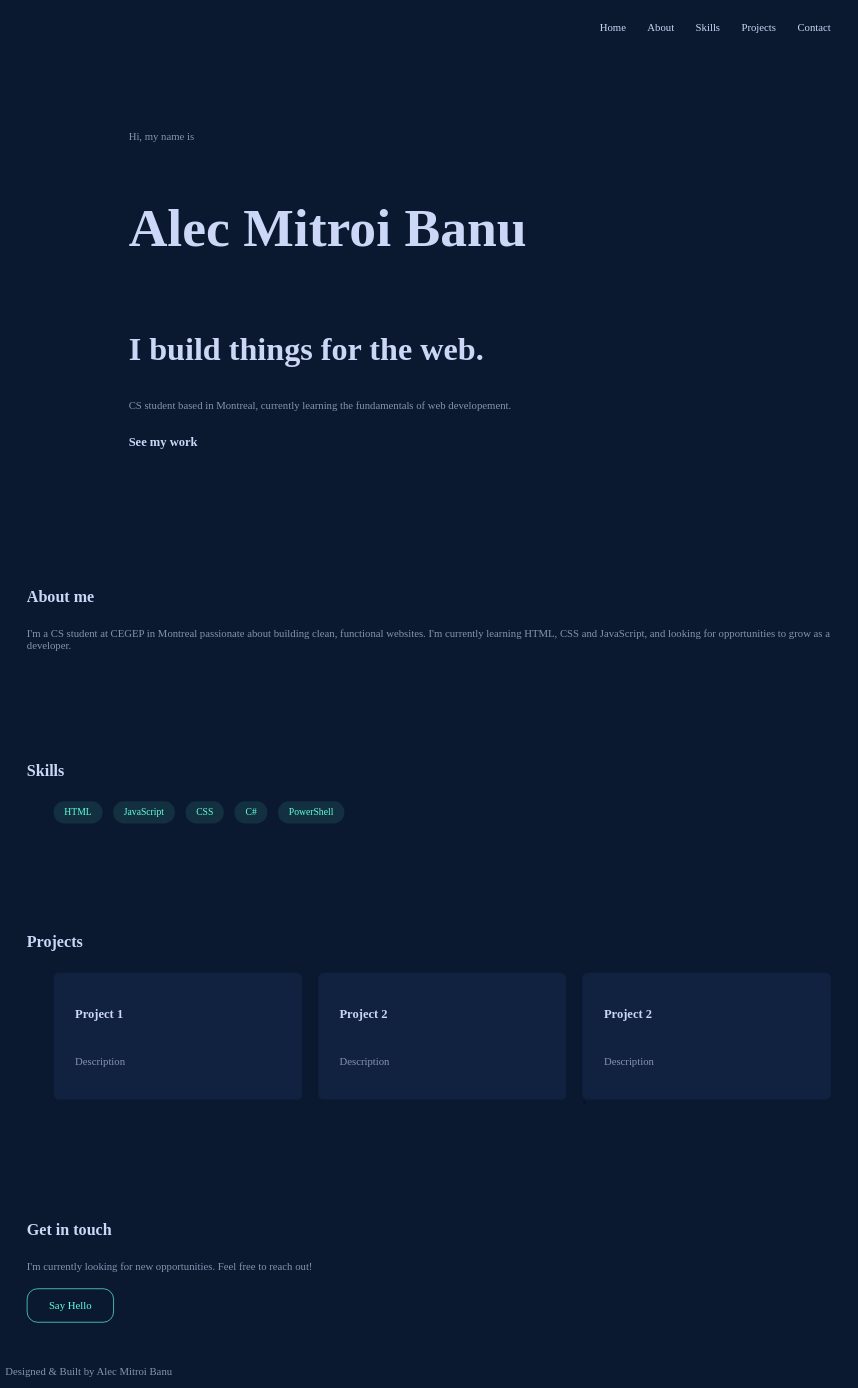
Repository: Alec-Banu/Alec-Banu
Page: index.html
An editor plug-in stored every save of this project. The page is shown before and after the next save, followed by the edit.
The browser window is 1280 px wide. The pictures show the whole page, at 67% of full size.

Above is the page before, as saved 2026-05-08 15:44:23.

### index.html
<!doctype html>
<html lang="en">
  <head>
    <meta charset="UTF-8" />
    <meta name="viewport" content="width=device-width, initial-scale=1.0" />
    <title>Alec Mitroi Banu</title>
    <link rel="stylesheet" href="./styles/globals.css" />
    <link rel="stylesheet" href="./styles/index.css" />
  </head>
  <body>
    <!-- Nav  -->
    <header>
      <nav>
        <a href="#hero">Home</a>
        <a href="#about">About</a>
        <a href="#skills">Skills</a>
        <a href="#projects">Projects</a>
        <a href="#contact">Contact</a>
      </nav>
    </header>

    <!-- Hero  -->

    <main>
      <section id="hero">
        <p>Hi, my name is</p>
        <h1>Alec Mitroi Banu</h1>
        <h2>I build things for the web.</h2>
        <p>
          CS student based in Montreal, currently learning the fundamentals of
          web developement.
        </p>
        <h3><a href="#projects">See my work</a></h3>
      </section>

      <!-- About  -->
      <section id="about">
        <h2>About me</h2>
        <p>
          I'm a CS student at CEGEP in Montreal passionate about building clean,
          functional websites. I'm currently learning HTML, CSS and JavaScript,
          and looking for opportunities to grow as a developer.
        </p>
      </section>

      <!-- Skills  -->
      <section id="skills">
        <h2>Skills</h2>
        <ul>
          <li>HTML</li>
          <li>JavaScript</li>
          <li>CSS</li>
          <li>C#</li>
          <li>PowerShell</li>
        </ul>
      </section>

      <!-- Projects -->
      <section id="projects">
        <h2>Projects</h2>
        <ul class="cards">
          <li>
            <a href="./pages/project1.html">
              <article class="project-card">
                <h3>Project 1</h3>
                <p>Description</p>
              </article>
            </a>
          </li>
          <li>
            <article class="project-card">
              <h3><a href="./pages/project2.html">Project 2</a></h3>
              <p>Description</p>
            </article>
          </li>
          <li>
            <article class="project-card">
              <h3><a href="./pages/project2.html">Project 2</a></h3>
              <p>Description</p>
            </article>
            `
          </li>
        </ul>
      </section>

      <!-- Contact -->
      <section id="contact">
        <h2>Get in touch</h2>
        <p>
          I'm currently looking for new opportunities. Feel free to reach out!
        </p>
        <a href="mailto:alecbanu@yahoo.com">Say Hello</a>
      </section>
    </main>
    <footer>
      <p>Designed & Built by Alec Mitroi Banu</p>
    </footer>
  </body>
</html>

### styles/globals.css
body {
  background-color: #0a192f;
}
h1 {
  font-size: 2rem;
  color: #ccd6f6;
}
h2 {
  font-size: 1.5rem;
  color: #8892b0;
}
p {
  color: #8892b0;
  margin: 1rem 0;
}

a {
  text-decoration: none;
  color: #ccd6f6;
}
a:hover,
a h3:hover {
  color: #64ffda;
  /* border: 0.1rem solid #64ffda;
  border-radius: 1rem;
  background-color: #64ffda1a;
  padding: 0.5rem 1rem;
  border-radius: 1rem; */
}

### styles/index.css
/* NAVIGATION ****************************/

nav {
  display: flex;
  flex-wrap: wrap;
  gap: 1rem;
  padding: 1rem 1.5rem;
  justify-content: center;
  background-color: #0a192f;
}

header {
  position: sticky;
  top: 0;
  right: 0;
}

/* CONTENT ****************************/

#hero {
  min-height: 100vh;
  display: flex;
  flex-direction: column;
  justify-content: center;
  padding: 0 2rem;
  max-width: 56rem;
  margin: 0 auto;
}

section {
  padding: 4rem 2rem;

  h2 {
    font-size: 1.5rem;
    margin-bottom: 2rem;
    color: #ccd6f6;
  }
}

#skills {
  ul {
    display: flex;
    flex-wrap: wrap;
    gap: 1rem;
  }
  li {
    background-color: #64ffda1a;
    color: #64ffda;
    padding: 0.5rem 1rem;
    border-radius: 1rem;
    font-size: 0.9rem;
    list-style: none;
  }
}

#projects {
  .cards {
    display: grid;
    grid-template-columns: 1fr;
    gap: 1.5rem;
    list-style: none;
  }
  .project-card {
    background-color: #112240;
    padding: 2rem;
    border-radius: 0.5rem;
    display: flex;
    flex-direction: column;
    gap: 1rem;

    h3 {
      color: #ccd6f6;
    }
    h3:hover{
      color: #64ffda;
    }
    p {
      color: #8892b0;
    }
  }
  .project-card:hover {
    border: 0.1rem solid #64ffda;
    background-color: #64ffda1a;
  }
}

#contact {
  a {
    border: 0.1rem solid #64ffda;
    color: #64ffda;
    padding: 1rem 2rem;
    border-radius: 1rem;
  }
  a:hover {
    background-color: #64ffda1a;
  }
  p {
    margin-bottom: 2.5rem;
  }
}

/* Tablet */

@media (min-width: 768px) {
  #hero h1 {
    font-size: 3.5rem;
  }
  #hero h2 {
    font-size: 2.5rem;
  }
  #projects .cards {
    grid-template-columns: 1fr 1fr;
  }
  nav {
    gap: 2rem;
    padding: 1.5rem 2rem;
    justify-content: flex-end;
  }
}

/* Desktop */

@media (min-width: 1024px) {
  #hero h1 {
    font-size: 5rem;
  }
  #hero h2 {
    font-size: 3rem;
  }
  #projects .cards {
    grid-template-columns: 1fr 1fr 1fr;
  }
}

After the next save:
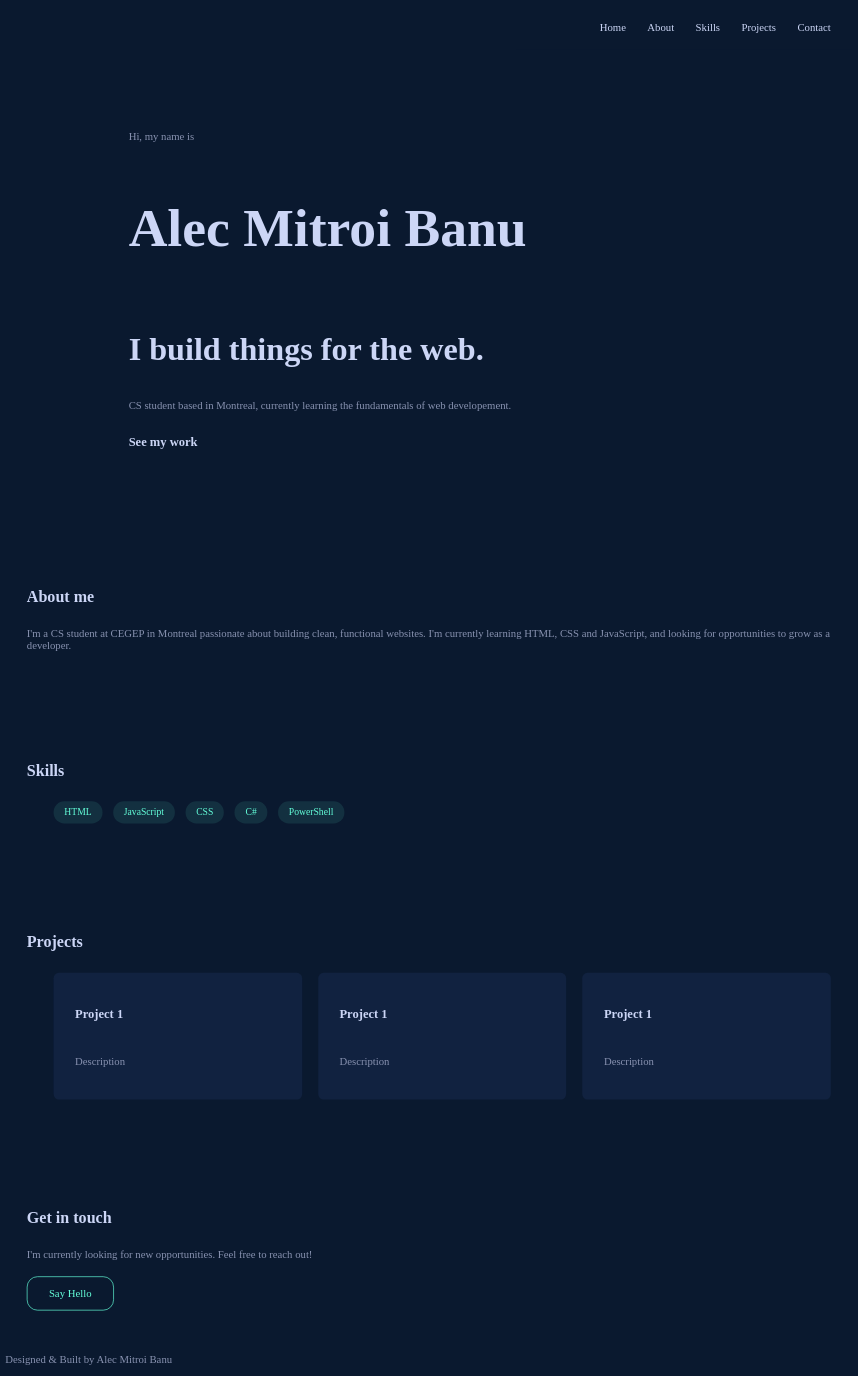
Saved 2 days later.
--- a/index.html
+++ b/index.html
@@ -68,17 +68,20 @@
             </a>
           </li>
           <li>
-            <article class="project-card">
-              <h3><a href="./pages/project2.html">Project 2</a></h3>
-              <p>Description</p>
-            </article>
+            <a href="./pages/project1.html">
+              <article class="project-card">
+                <h3>Project 1</h3>
+                <p>Description</p>
+              </article>
+            </a>
           </li>
           <li>
-            <article class="project-card">
-              <h3><a href="./pages/project2.html">Project 2</a></h3>
-              <p>Description</p>
-            </article>
-            `
+            <a href="./pages/project1.html">
+              <article class="project-card">
+                <h3>Project 1</h3>
+                <p>Description</p>
+              </article>
+            </a>
           </li>
         </ul>
       </section>
